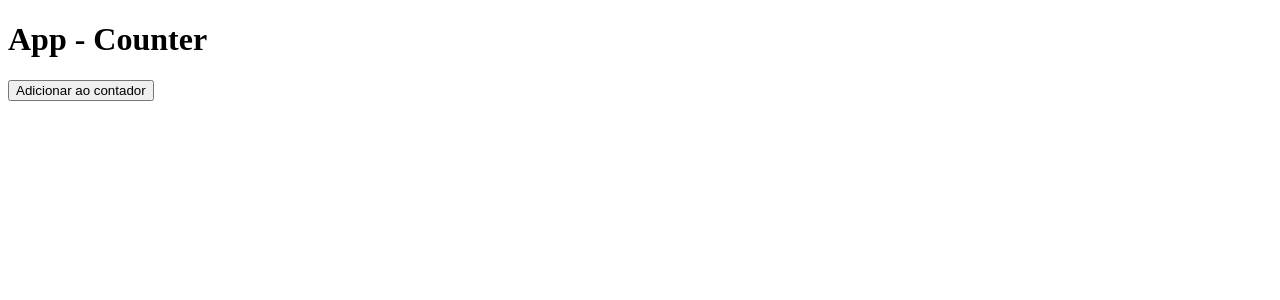
Repository: AlanRei/Counter
Page: /
These files come from the project's save history. The page is drawn as it stood at one moment and after the next save; the edit follows.
The browser window is 1280 px wide. The pictures show the whole page.
The project was rebuilt for these pictures with package versions that can differ from the ones it lists, and the page was loaded fresh each time. The framework's server and built-in components were replaced by stand-ins that run in the browser. Also part of the build but not shown: next.config.js.

Above is the page before, as saved 2021-12-15 10:44:24.

### src/pages/index.js
import Head from 'next/head'

export default function Home() {
  return (
    <>
      <Head>
        <title>App - Counter</title>
      </Head>
      <h1>App - Counter</h1>
      <button>Adicionar ao contador</button>
    </>
  )
}

Loaded but not shown: src/pages/_app.js (common file)

After the next save:
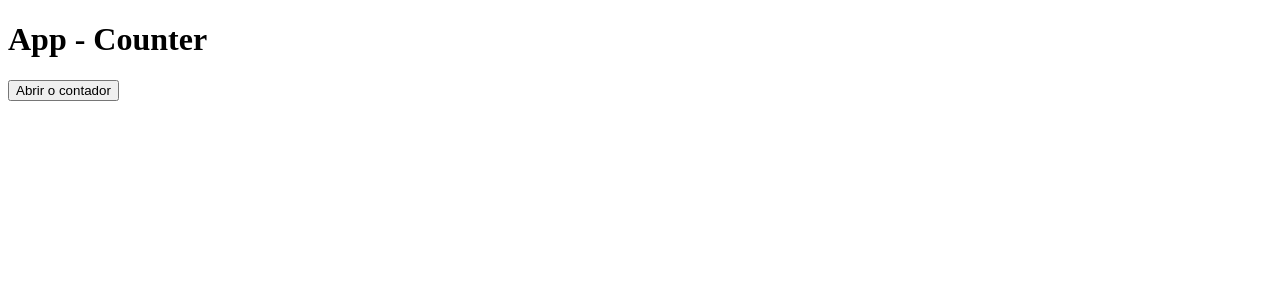
Saved 31 s later.
--- a/src/pages/index.js
+++ b/src/pages/index.js
@@ -7,7 +7,7 @@ export default function Home() {
         <title>App - Counter</title>
       </Head>
       <h1>App - Counter</h1>
-      <button>Adicionar ao contador</button>
+      <button>Abrir o contador</button>
     </>
   )
 }
